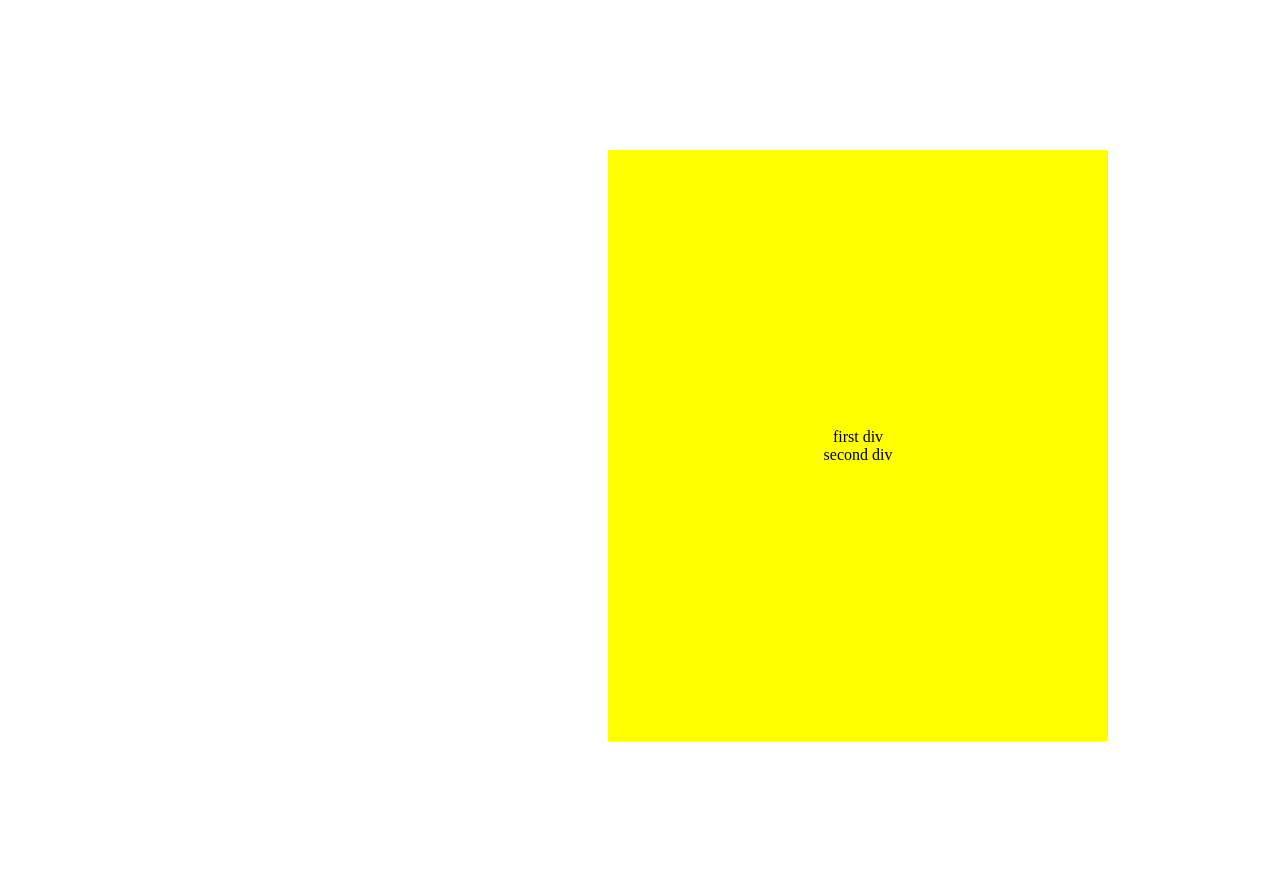
Repository: WajihaGul/Weather-App
Page: /
These files come from the project's save history. The page is drawn as it stood at one moment and after the next save; the edit follows.
The browser window is 1280 px wide. The pictures show the whole page.
The project was rebuilt for these pictures with package versions that can differ from the ones it lists, and the page was loaded fresh each time. Also part of the build but not shown: src/index.css.

Above is the page before, as saved 2024-05-29 15:57:36.

### src/App.js
import Weather from "./Components/Weather/Weather";
function App() {
  return <Weather />;
}

export default App;

### src/Components/Weather/Weather.jsx
import styles from "./Weather.module.css";
const Weather = () => {
  return (
    <>
      <div className={styles.divhead}>
        first div
        <div>second div</div>
      </div>
    </>
  );
};

export default Weather;

### src/Components/Weather/Weather.module.css
.divhead{
    align-items: center;
    justify-content: center;
    display: flex;
    flex-direction: column;
    height: 591px;
    width: 500px;
    background-color: yellow;
    margin-left: 600px;
    margin-right: 600px;
    margin-bottom: 150px;
    margin-top: 150px;
}

Loaded but not shown: public/index.html (common file); src/index.js (common file); src/reportWebVitals.js (common file)

After the next save:
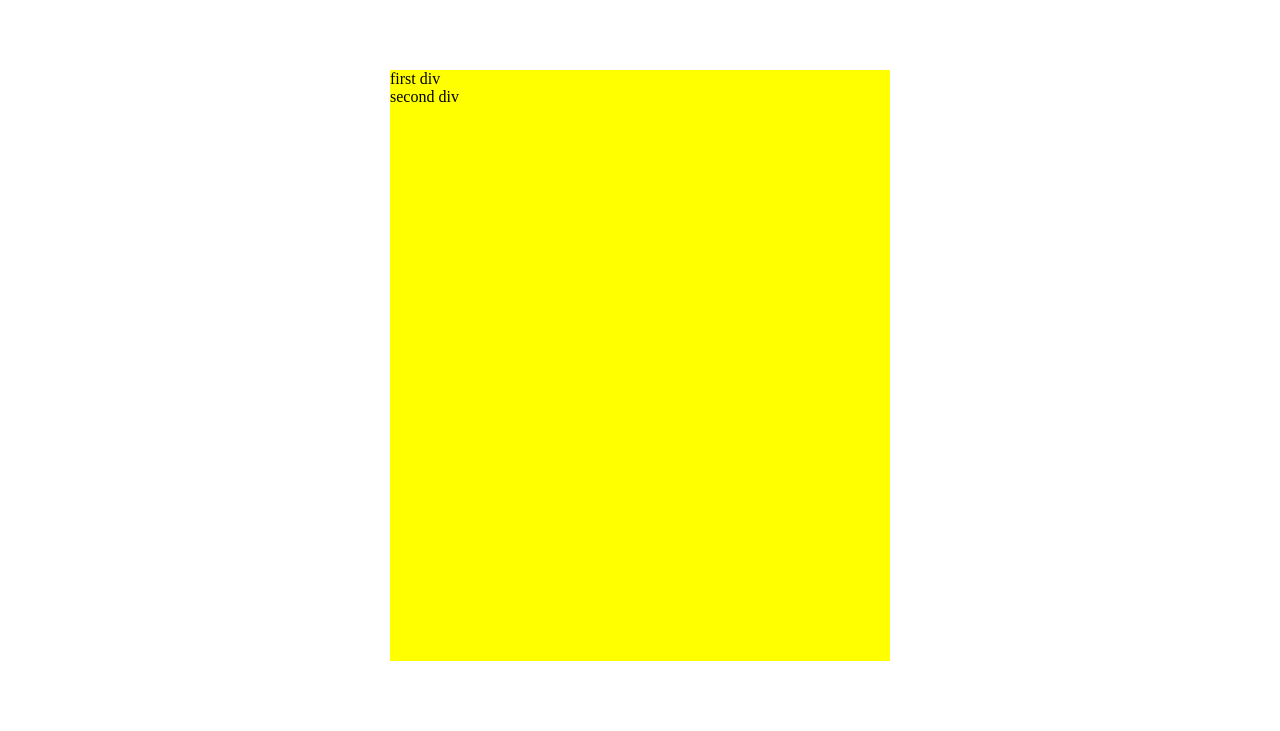
Saved 5 min 49 s later.
--- a/src/Components/Weather/Weather.module.css
+++ b/src/Components/Weather/Weather.module.css
@@ -1,13 +1,8 @@
 .divhead{
-    align-items: center;
-    justify-content: center;
-    display: flex;
-    flex-direction: column;
     height: 591px;
     width: 500px;
     background-color: yellow;
-    margin-left: 600px;
-    margin-right: 600px;
-    margin-bottom: 150px;
-    margin-top: 150px;
+    margin: 0 auto;
+    margin-top: 70px;
+    margin-bottom: 70px
 }
